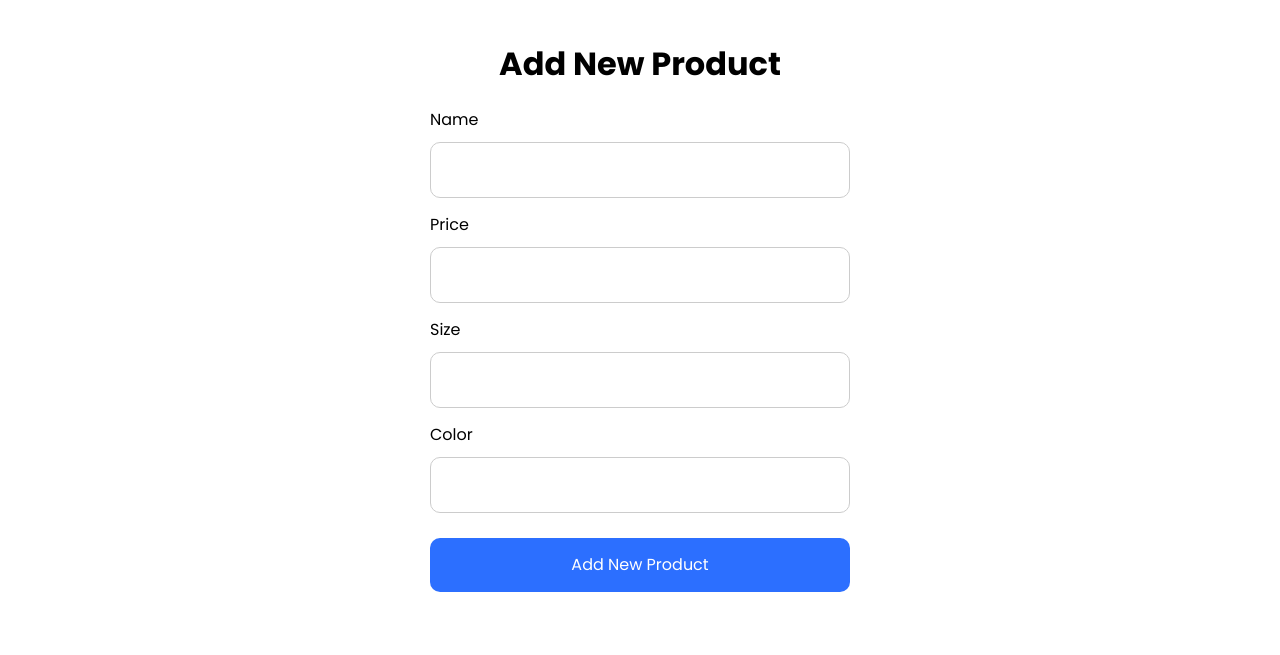
Repository: hoang0508/ReactJsHoiDanIT
Page: /form
An editor plug-in stored every save of this project. The page is shown before and after the next save, followed by the edit.
The browser window is 1280 px wide. The pictures show the whole page.
The project was rebuilt for these pictures with package versions that can differ from the ones it lists, and the page was loaded fresh each time.

Above is the page before, as saved 2022-02-15 10:03:48.

### public/index.html
<!DOCTYPE html>
<html lang="en">
  <head>
    <meta charset="utf-8" />
    <link rel="icon" href="%PUBLIC_URL%/favicon.ico" />
    <meta name="viewport" content="width=device-width, initial-scale=1" />
    <meta name="theme-color" content="#000000" />
    <meta
      name="description"
      content="Web site created using create-react-app"
    />
    <link rel="apple-touch-icon" href="%PUBLIC_URL%/logo192.png" />
    <!--
      manifest.json provides metadata used when your web app is installed on a
      user's mobile device or desktop. See https://developers.google.com/web/fundamentals/web-app-manifest/
    -->
    <link rel="manifest" href="%PUBLIC_URL%/manifest.json" />
    <!--
      Notice the use of %PUBLIC_URL% in the tags above.
      It will be replaced with the URL of the `public` folder during the build.
      Only files inside the `public` folder can be referenced from the HTML.

      Unlike "/favicon.ico" or "favicon.ico", "%PUBLIC_URL%/favicon.ico" will
      work correctly both with client-side routing and a non-root public URL.
      Learn how to configure a non-root public URL by running `npm run build`.
    -->
    <link rel="preconnect" href="https://fonts.googleapis.com" />
    <link rel="preconnect" href="https://fonts.gstatic.com" crossorigin />
    <link
      href="https://fonts.googleapis.com/css2?family=Poppins:ital,wght@0,300;0,400;0,500;0,600;0,700;1,600&family=Red+Hat+Display:wght@300;400;500;600;700&display=swap"
      rel="stylesheet"
    />
    <title>React App</title>
  </head>
  <body>
    <noscript>You need to enable JavaScript to run this app.</noscript>
    <div id="root"></div>
    <!--
      This HTML file is a template.
      If you open it directly in the browser, you will see an empty page.

      You can add webfonts, meta tags, or analytics to this file.
      The build step will place the bundled scripts into the <body> tag.

      To begin the development, run `npm start` or `yarn start`.
      To create a production bundle, use `npm run build` or `yarn build`.
    -->
  </body>
</html>

### src/index.css
body {
  margin: 0;
  font-family: "Poppins", sans-serif;
  font-size: 16px;
  -webkit-font-smoothing: antialiased;
  -moz-osx-font-smoothing: grayscale;
}

code {
  font-family: source-code-pro, Menlo, Monaco, Consolas, "Courier New",
    monospace;
}

### src/App.js
// import logo from "./logo.svg";
import "./App.css";
import AddNewProduct from "./components/Form/AddNewProduct";
// import Home from "./components/TodoApp/Home";

const App = () => {
  return (
    <>
      <AddNewProduct />
    </>
  );
};

export default App;

### src/App.css
*,
*::before,
*::after {
  box-sizing: border-box;
}
body,
h1,
h2,
h3,
h4,
h5,
h6,
p,
figure,
picture {
  margin: 0;
}
body {
  min-height: 100vh;
  line-height: 1.5;
}
input,
button,
select,
textarea {
  font: inherit;
}
img,
picture {
  display: block;
  max-width: 100%;
}
/* remove animation for people who've turned them off */
@media (prefers-reduced-motion: reduce) {
  *,
  *::before,
  *::after {
    animation-duration: 0.01ms !important;
    animation-iteration-count: 1 !important;
    transition-duration: 0.01ms !important;
    scroll-behavior: auto !important;
  }
}

### src/components/Form/AddNewProduct.js
import React from "react";
import "./AddNewProduct.scss";
const AddNewProduct = () => {
  return (
    <form className="form">
      <h1 className="form-title">Add New Product</h1>
      <div className="form-group">
        <label className="form-label" htmlFor="name">
          Name
        </label>
        <input type="text" className="form-input" />
      </div>
      <div className="form-group">
        <label className="form-label" htmlFor="price">
          Price
        </label>
        <input type="text" className="form-input" />
      </div>
      <div className="form-group">
        <label className="form-label" htmlFor="name">
          Size
        </label>
        <input type="text" className="form-input" />
      </div>
      <div className="form-group">
        <label className="form-label" htmlFor="name">
          Color
        </label>
        <input type="text" className="form-input" />
      </div>
      <div>
        <button className="form-btn">Add New Product</button>
      </div>
    </form>
  );
};

export default AddNewProduct;

### src/components/Form/AddNewProduct.scss
.form {
  max-width: 500px;
  width: 100%;
  padding: 40px;
  margin: 0 auto;
  &-title {
    margin-bottom: 20px;
    text-align: center;
  }
  &-group {
    display: flex;
    flex-direction: column;
    gap: 10px;
    margin-bottom: 15px;
  }
  &-input {
    border: 1px solid #ccc;
    padding: 15px;
    border-radius: 10px;
    outline: none;
  }
  &-btn {
    outline: none;
    background-color: #2c6fff;
    color: #fff;
    width: 100%;
    padding: 15px;
    border: 0;
    border-radius: 10px;
    cursor: pointer;
    margin-top: 10px;
  }
}

Loaded but not shown: src/index.js (common file); src/reportWebVitals.js (common file)

After the next save:
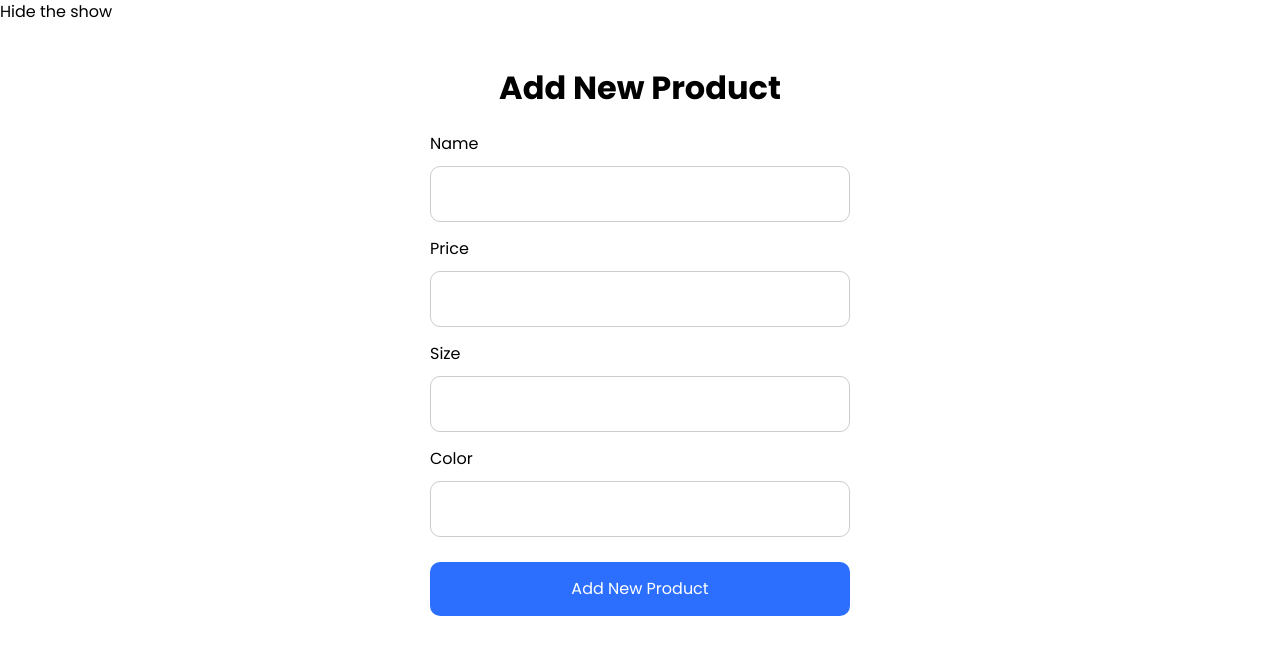
Saved 10 h 12 min later.
--- a/src/components/Form/AddNewProduct.js
+++ b/src/components/Form/AddNewProduct.js
@@ -1,37 +1,48 @@
-import React from "react";
+import React, { useState } from "react";
 import "./AddNewProduct.scss";
 const AddNewProduct = () => {
+  const [isShowDetails, setShowDetails] = useState(true);
+  const handleClickShow = () => {
+    setShowDetails(!isShowDetails);
+  };
   return (
-    <form className="form">
-      <h1 className="form-title">Add New Product</h1>
-      <div className="form-group">
-        <label className="form-label" htmlFor="name">
-          Name
-        </label>
-        <input type="text" className="form-input" />
-      </div>
-      <div className="form-group">
-        <label className="form-label" htmlFor="price">
-          Price
-        </label>
-        <input type="text" className="form-input" />
-      </div>
-      <div className="form-group">
-        <label className="form-label" htmlFor="name">
-          Size
-        </label>
-        <input type="text" className="form-input" />
-      </div>
-      <div className="form-group">
-        <label className="form-label" htmlFor="name">
-          Color
-        </label>
-        <input type="text" className="form-input" />
-      </div>
-      <div>
-        <button className="form-btn">Add New Product</button>
-      </div>
-    </form>
+    <>
+      <span onClick={() => handleClickShow()}>Hide the show</span>
+      {isShowDetails ? (
+        <form className="form">
+          <h1 className="form-title">Add New Product</h1>
+          <div className="form-group">
+            <label className="form-label" htmlFor="name">
+              Name
+            </label>
+            <input type="text" className="form-input" />
+          </div>
+          <div className="form-group">
+            <label className="form-label" htmlFor="price">
+              Price
+            </label>
+            <input type="text" className="form-input" />
+          </div>
+          <div className="form-group">
+            <label className="form-label" htmlFor="name">
+              Size
+            </label>
+            <input type="text" className="form-input" />
+          </div>
+          <div className="form-group">
+            <label className="form-label" htmlFor="name">
+              Color
+            </label>
+            <input type="text" className="form-input" />
+          </div>
+          <div>
+            <button className="form-btn">Add New Product</button>
+          </div>
+        </form>
+      ) : (
+        ""
+      )}
+    </>
   );
 };
 
